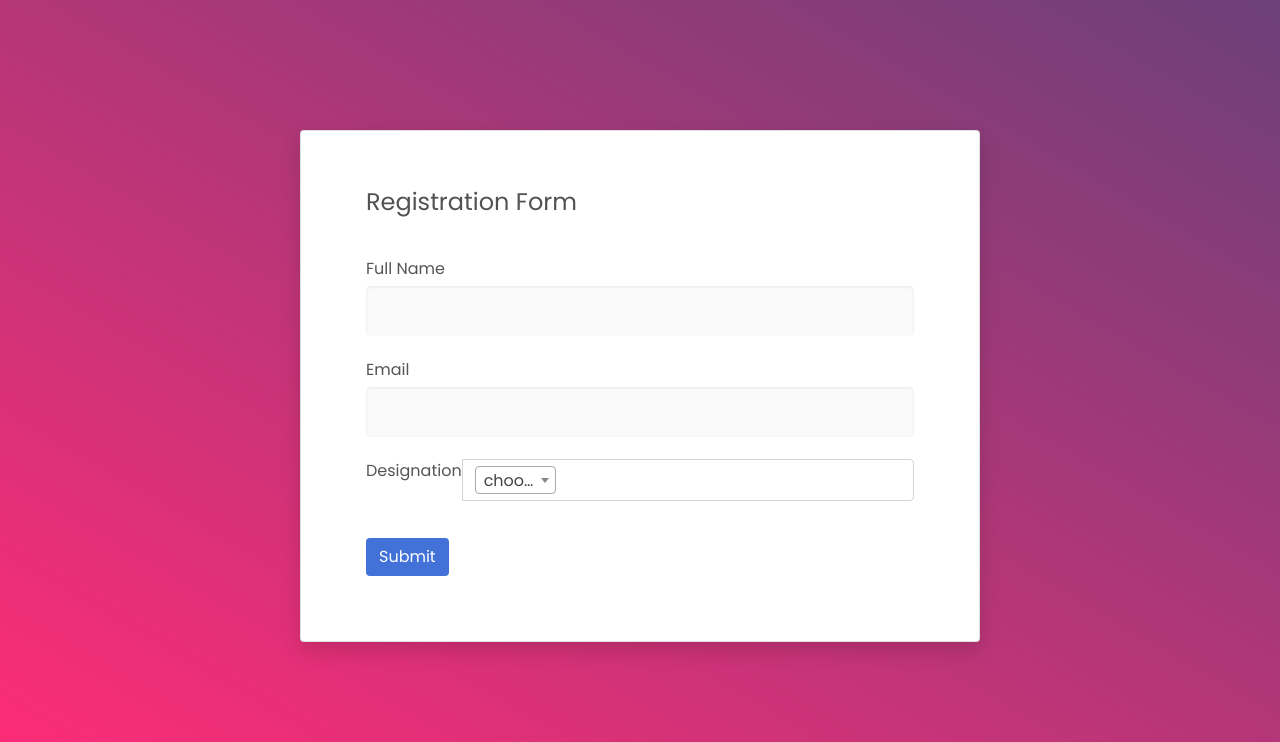
Repository: AbdulRehman0/registration
Page: http://localhost/registration.php
The author's editor kept a copy of each file at every save. The page is drawn from the files as they stood at one save, then again after the next save.
The browser window is 1280 px wide. The pictures show the whole page.
The page is run by PHP 8.4 with error messages shown; the project is at /var/www/html/.

Above is the page before, as saved 2021-01-05 15:26:46.

After the next save:
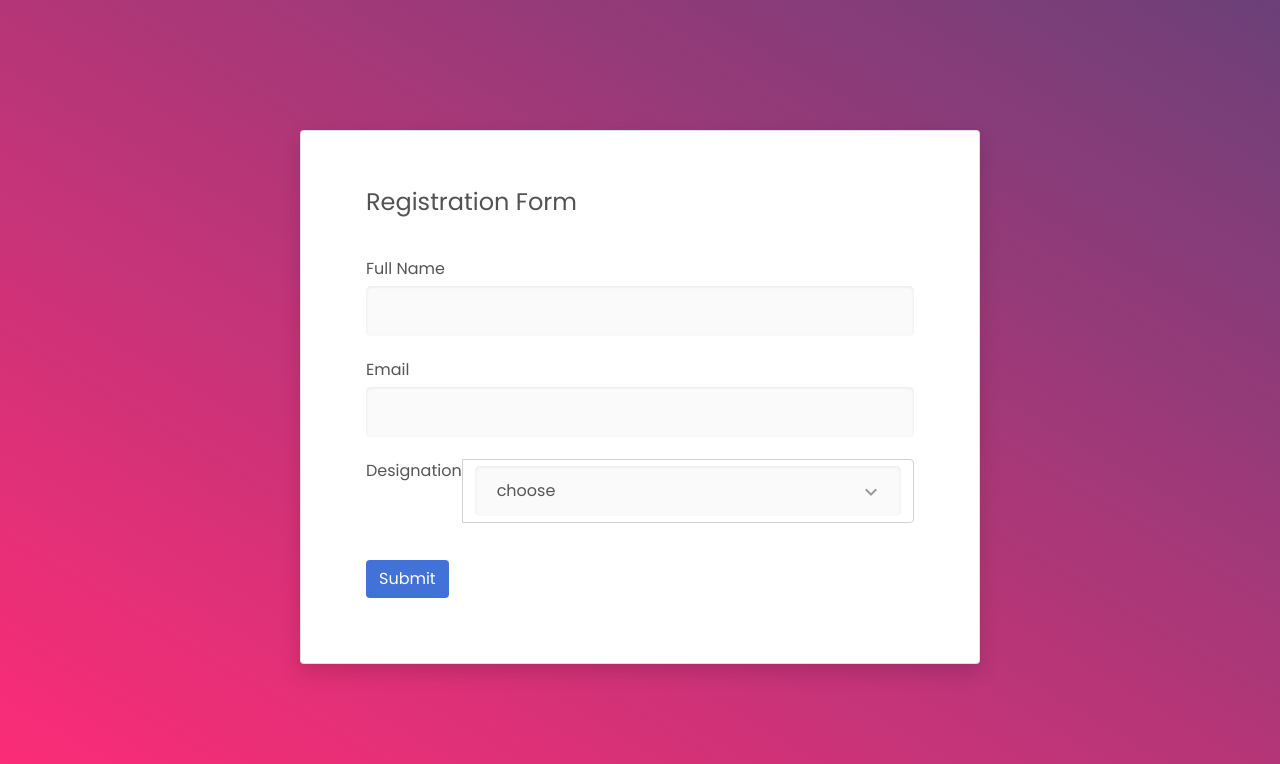
Saved 12 s later.
--- a/registration.php
+++ b/registration.php
@@ -30,7 +30,7 @@ include "./templates/header.php";
                             <div class="col-md-12">
                                 <div class="input-group">
                                     <label class="label">Designation</label>
-                                    <div class="js-select-simple select--no-search form-control">
+                                    <div class="rs-select2 js-select-simple  form-control">
                                         <select name="subject">
                                             <option disabled="disabled" selected="selected">choose</option>
                                             <option value="1">Admin</option>
